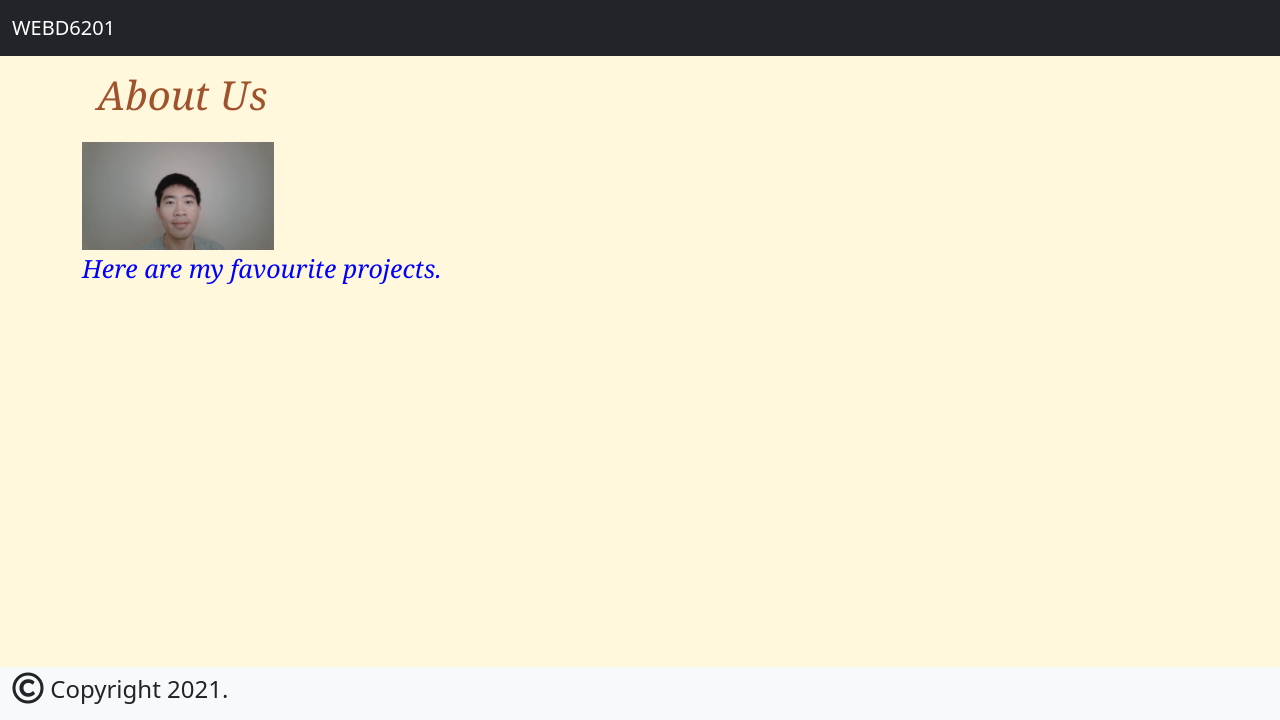
Repository: YiuWingLau/WEBD6201-W2021-Lab1
Page: about.html
The author's editor kept a copy of each file at every save. The page is drawn from the files as they stood at one save, then again after the next save.
The browser window is 1280 px wide. The pictures show the whole page.

Above is the page before, as saved 2021-02-04 15:29:40.

### about.html
<!DOCTYPE html>
<html lang="en">
<head>
    <meta charset="UTF-8">
    <meta name="viewport" content="width=device-width, initial-scale=1.0">
    <title>About</title>

    <!--CSS Section -->
    <link rel="stylesheet" href="./node_modules/bootstrap/dist/css/bootstrap.min.css">
    <link rel="stylesheet" href="./node_modules/@fortawesome//fontawesome-free/css/all.min.css">
    <link rel="stylesheet" href="./Content/app.css">
</head>
<body>
    <!-- Main Header-->
    <header>
      <!-- Main Navigation-->
      <nav class="navbar navbar-expand-lg navbar-dark bg-dark">
          <div class="container-fluid">
            <a class="navbar-brand" href="index.html">WEBD6201</a>
            <button class="navbar-toggler" type="button" data-bs-toggle="collapse" data-bs-target="#navbarSupportedContent" aria-controls="navbarSupportedContent" aria-expanded="false" aria-label="Toggle navigation">
              <span class="navbar-toggler-icon"></span>
            </button>
            <div class="collapse nav justify-content-end" id="navbarSupportedContent">
              <ul class="navbar-nav me-auto mb-2 mb-lg-0">

                <li id="navBarIndex" class="nav-item">
                  <a class="nav-link" aria-current="page" href="index.html"><i class="fas fa-home fa-lg"></i> Home</a>
                </li>

                <li id="navBarProjects" class="nav-item">
                  <a class="nav-link" aria-current="page" href="products.html"><i class="fas fa-cog fa-lg"></i> Products</a>
                </li>

                <li id="navBarServices" class="nav-item">
                  <a class="nav-link" aria-current="page" href="services.html"><i class="fas fa-tools fa-lg"></i> Services</a>
                </li>

                <li id="navBarAboutUs" class="nav-item">
                  <a class="nav-link active" aria-current="page" href="about.html"><i class="fas fa-info fa-lg"></i> About Us</a>
                </li>

                <li id="navBarContactUs" class="nav-item">
                  <a class="nav-link" aria-current="page" href="contact.html"><i class="fas fa-phone fa-lg"></i> Contact Us</a>
                </li>

              </ul>
            </div>
          </div>
      </nav>
    </header>

    <!-- Main Content -->
    <main class="container">
        <h1>About Us</h1>
    </main>

    <!-- Main Footer -->
    <footer>
        <nav class="navbar fixed-bottom navbar-light bg-light">
            <div class="container-fluid">
              <h4><i class="far fa-copyright fa-lg"></i> Copyright 2021.</a></h4>
            </div>
        </nav>
    </footer>
    <!-- JavaScript Section -->
    <script src="./node_modules/jquery/dist/jquery.min.js"></script>
    <script src="./node_modules/bootstrap/dist/js/bootstrap.bundle.min.js"></script>
    <script src="./Scripts/app.js"></script>
</body>
</html>

### Content/app.css
h1 {
    padding: 15px;
    color: sienna;
    font-family: Cambria, Cochin, Georgia, Times, 'Times New Roman', serif;
    font-style: italic;
}

p {
    color: blue;
    font-family:Cambria, Cochin, Georgia, Times, 'Times New Roman', serif;
    font-style: italic;
    font-size: 25px;
    text-align: justify;
}

body {
    background-color: cornsilk;
}

#homePicture {
    width: 1000px;
    height: 600px;
}

### Scripts/app.js
/* custom JavaScript goes here */

//IIFE - Immediately Invoked Function Expression
//AKA - Anonymous Self-Executing Function
//Closure - limits scope leak

"use strict";

(function()
{
    function displayHome()
    {
        let myhomebackground = document.createElement("img");
        myhomebackground.setAttribute("id", "homePicture");
        myhomebackground.setAttribute("src", "./images/homepagebackground.jpg");
        myhomebackground.setAttribute("alt", "Computer Programmer");

        // Step 1. document.createElement
        let newParagraph = document.createElement("p");
        // Step 2. configure the element
        newParagraph.setAttribute("id", "paragraphTwo");
        newParagraph.textContent = "I'm welcome everyone to visit my site";
        // Step 3. select the parent element
        let mainContent = document.getElementsByTagName("main")[0];
        mainContent.appendChild(myhomebackground);
        // Step 4. Add / Insert the element
        mainContent.appendChild(newParagraph);
        //newParagraph.className = "fs-6";
    }

    function displayAbout()
    {
        //create new element Human Resources
        let myPicture = document.createElement("img");
        myPicture.setAttribute("id", "myImage");
        myPicture.setAttribute("src", "./images/img_me.jpg");
        myPicture.setAttribute("alt", "Nelson Lau");
        myPicture.setAttribute("width", "192");
        myPicture.setAttribute("height", "108");

        // Step 1. document.createElement
        let ParagraphOne = document.createElement("p");
        // Step 2. configure the element
        ParagraphOne.setAttribute("id", "myIntroduction");
        ParagraphOne.textContent = "Here are my favourite projects.";
        // Step 3. select the parent element
        let mainContent = document.getElementsByTagName("main")[0];
        mainContent.appendChild(myPicture);
        // Step 4. Add / Insert the element
        mainContent.appendChild(ParagraphOne);
        ParagraphOne.className = "fs-lg";

    }

    function displayProjects()
    {
        // Step 1. document.createElement
        let newParagraph = document.createElement("p");
        // Step 2. configure the element
        newParagraph.setAttribute("id", "myprojects");
        newParagraph.textContent = "Here are my famourite projects.";
        // Step 3. select the parent element
        let mainContent = document.getElementsByTagName("main")[0];
        // Step 4. Add / Insert the element
        mainContent.appendChild(newParagraph);
        newParagraph.className = "fs-12";
    }

    function displayHumanResources()
    {

    }

    function displayServices()
    {

        // another way of injecting content
        let paragraphDiv = document.createElement("div");
        let paragraphThree = `<p id="paragraphThree" class="fs-7 fw-bold">And this is the Third Paragraph</p>`;
        paragraphDiv.innerHTML = paragraphThree;

        // insertions

        // example of inserting before a node
        // newParagraph.before(paragraphDiv);

        // example of inserting after a node
        newParagraph.after(paragraphDiv);

        // deletions

        // example of removing a single element
        //paragraphOneElement.remove();

        // example of removeChild
       // mainContent.removeChild(paragraphOneElement);
        // update / modification
        //mainContent.firstElementChild.textContent = "Welcome Home!";
    }

    function displayContact()
    {
        let messageArea = document.getElementById("messageArea");
        messageArea.hidden = true;

        // form validation
        let fullName = document.getElementById("fullName");
        fullName.addEventListener("blur", function() {
            if(fullName.value.length < 2)
            {
                fullName.focus();
                fullName.select();
                messageArea.hidden = false;
                messageArea.className = "alert alert-danger";
                messageArea.textContent = "Please enter an appropriate Name";
            }
            else
            {
                messageArea.removeAttribute("class");
                messageArea.hidden = true;
            }
        });

        let sendButton = document.getElementById("sendButton");
        sendButton.addEventListener("click", function(event){
            //event.preventDefault();

            let contact = new Contact(fullName.value, contactNumber.value, emailAddress.value);

            if(contact.serialize())
            {
              localStorage.setItem((localStorage.length + 1).toString(), contact.serialize());
            }

        });
    }

    function displayContactList()
    {
      if (localStorage.length > 0)
      {
        let contactList = document.getElementById("contactList");

        let data = "";

        for (let index = 0; index < localStorage.length; index++)
        {
          let contactData = localStorage.getItem((index + 1).toString());

          let contact = new Contact();
          contact.deserialize(contactData);

          data += `<tr>
          <th scope="row">${index + 1}</th>
          <td>${contact.FullName}</td>
          <td>${contact.ContactNumber}</td>
          <td>${contact.EmailAddress}</td>
        </tr>`;
        }

        contactList.innerHTML = data;
      }
    }

    // function to correct the wrong link and text content in navigation bar
    function changeNavBarName()
    {
        let navName = document.getElementById("navBarProjects");
        navName.innerHTML = `<a class='nav-link' aria-current='page' href='projects.html'><i class="fas fa-cog fa-lg"></i> Projects</a>`;
    }

    // function to add Human Resource element to Nav Bar between About Us and Contact Us
    function addNewNavBarElement()
    {
        //create new element Human Resources
        let newListElement = document.createElement("li");
        newListElement.setAttribute("id", "navBarHumanResources");
        newListElement.setAttribute("class", "nav-item");
        newListElement.innerHTML = `<a class='nav-link' aria-current='page' href='Human-Resources.html'><i class="fas fa-globe fa-lg"></i> Human Resources</a>`;
        // append new element after About Us
        let aboutUsListElement = document.getElementById("navBarAboutUs");
        aboutUsListElement.after(newListElement);
    }

    function Start()
    {
        console.log("App Started...");

        changeNavBarName();

        addNewNavBarElement();

        switch (document.title)
        {
          case "Home":
              displayHome();
            break;
          case "About":
              displayAbout();
            break;
          case "Projects":
              displayProjects();
            break;
          case "Human Resources":
              displayHumanResources();
            break;
          case "Services":
              displayServices();
            break;
          case "Contact":
              displayContact();
            break;
          case "Contact-List":
            displayContactList();
          break;
        }

    }

    window.addEventListener("load", Start);

})();

Loaded but not shown: node_modules/bootstrap/dist/css/bootstrap.min.css (library); node_modules/@fortawesome/fontawesome-free/css/all.min.css (library); node_modules/jquery/dist/jquery.min.js (library); node_modules/bootstrap/dist/js/bootstrap.bundle.min.js (library)

After the next save:
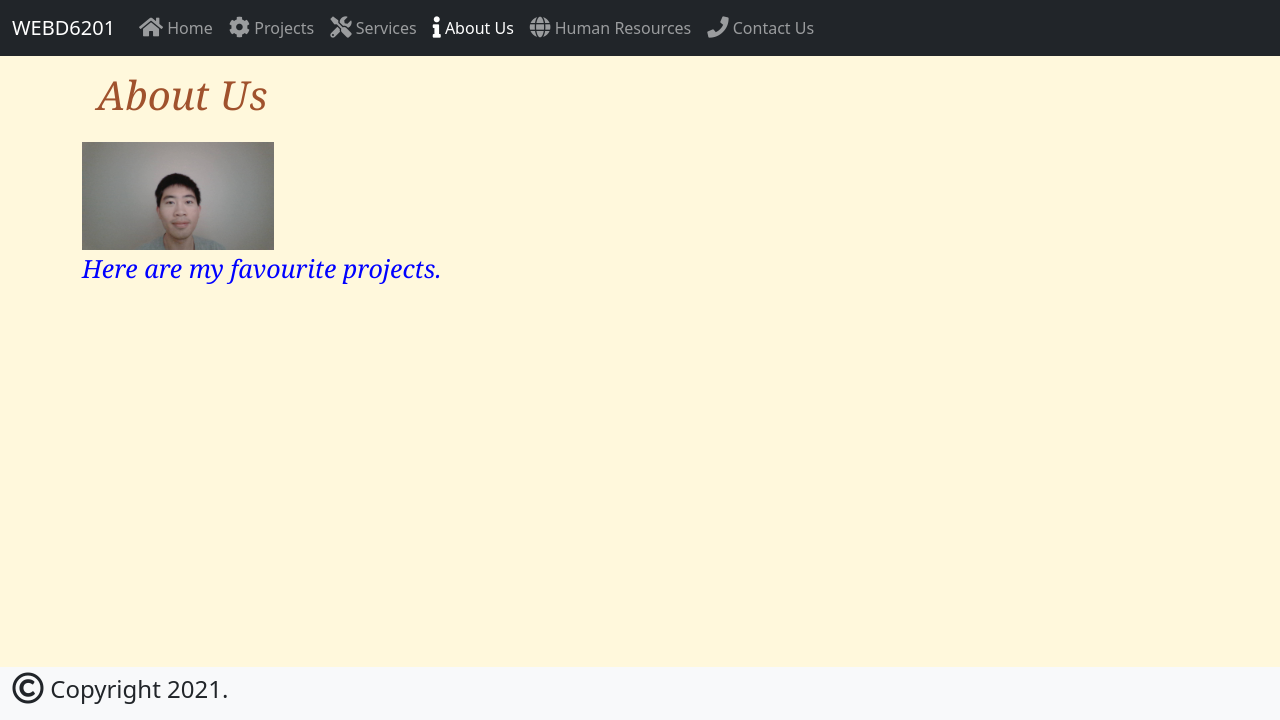
Saved 52 s later.
--- a/about.html
+++ b/about.html
@@ -20,8 +20,8 @@
             <button class="navbar-toggler" type="button" data-bs-toggle="collapse" data-bs-target="#navbarSupportedContent" aria-controls="navbarSupportedContent" aria-expanded="false" aria-label="Toggle navigation">
               <span class="navbar-toggler-icon"></span>
             </button>
-            <div class="collapse nav justify-content-end" id="navbarSupportedContent">
-              <ul class="navbar-nav me-auto mb-2 mb-lg-0">
+            <div class="collapse navbar-collapse" id="navbarSupportedContent">
+              <ul class="navbar-nav nav justify-content-end me-auto mb-2 mb-lg-0">
 
                 <li id="navBarIndex" class="nav-item">
                   <a class="nav-link" aria-current="page" href="index.html"><i class="fas fa-home fa-lg"></i> Home</a>
